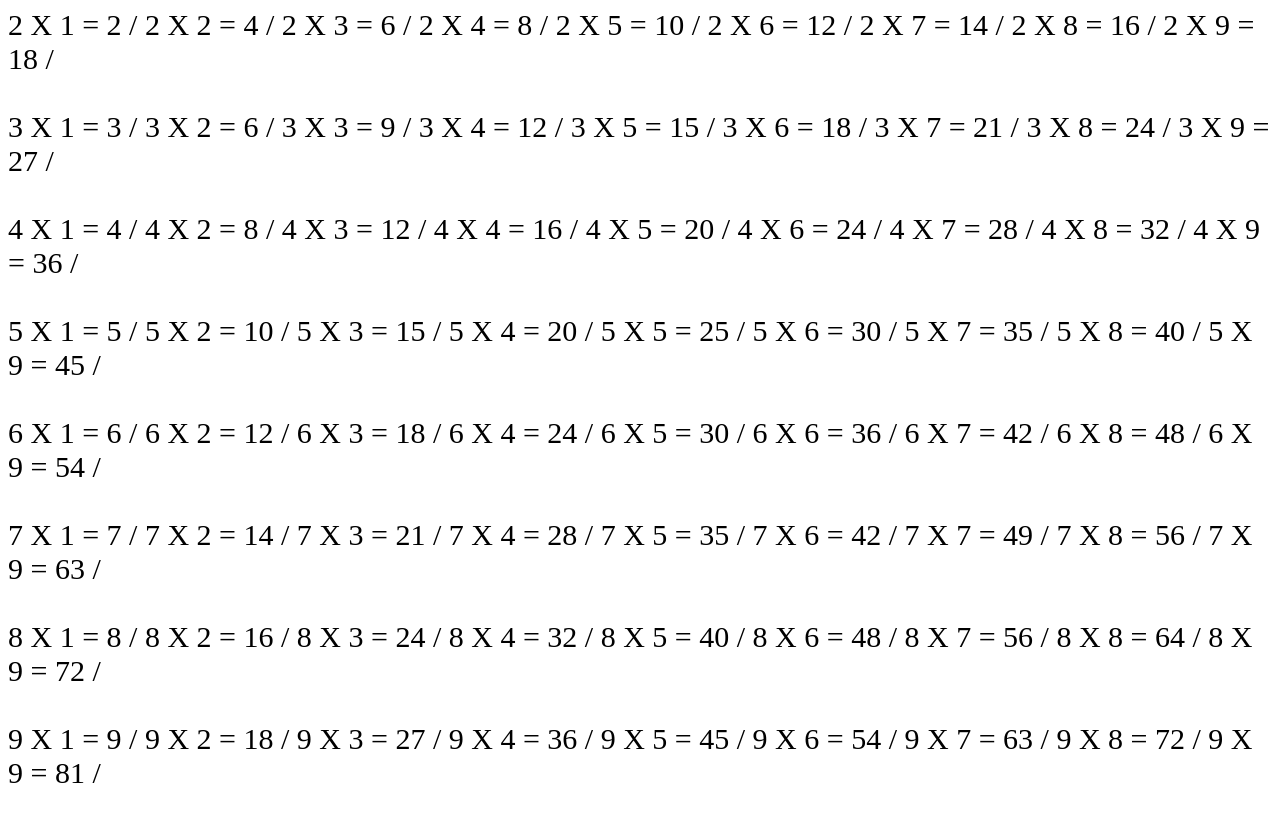
Repository: kkw3202/Jsp2026
Page: http://localhost/chapter01/test02.jsp
These files come from the project's save history. The page is drawn as it stood at one moment and after the next save; the edit follows.
The browser window is 1280 px wide. The pictures show the whole page.
The page is served by Tomcat 9.

Above is the page before, as saved 2026-10-16 02:40:08.

After the next save:
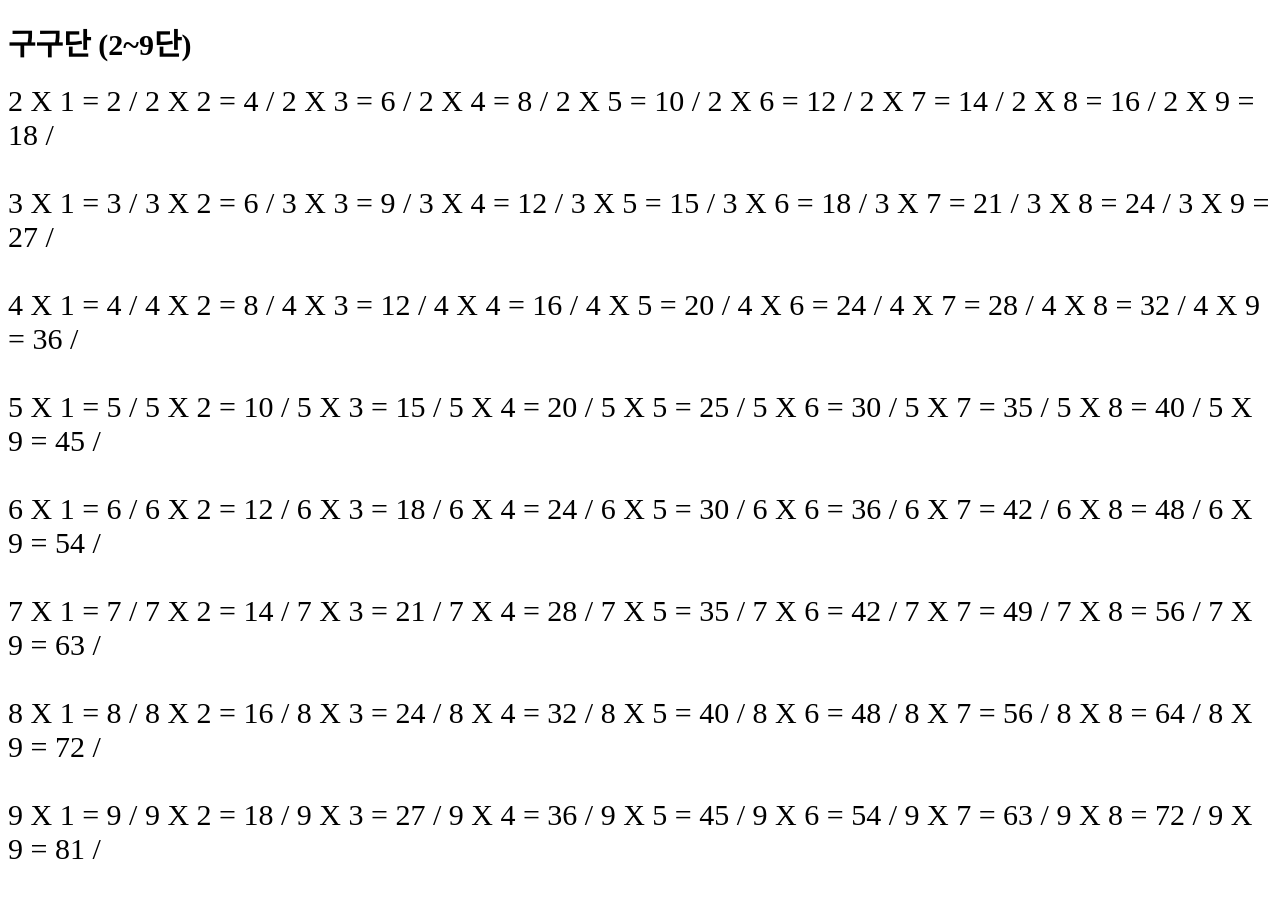
Saved 51 s later.
--- a/chapter01/src/main/webapp/test02.jsp
+++ b/chapter01/src/main/webapp/test02.jsp
@@ -13,6 +13,7 @@
 </head>
 <body>
 	<!-- 구구단 2~9단 모두 출력 -->
+	<h1>구구단 (2~9단)</h1>
 	<%
 		int row = 2;
 		int prt = 0;
